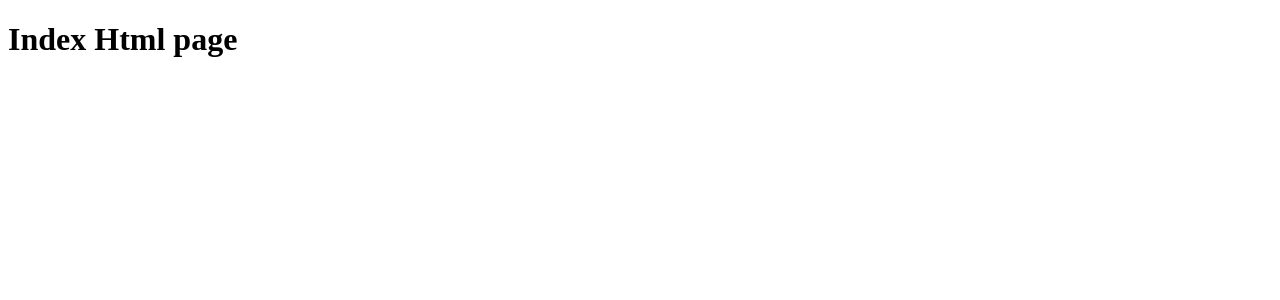
Repository: MouryaGottipati/GROVS
Page: GROV/GROVS/src/main/resources/static/index.html
An editor plug-in stored every save of this project. The page is shown before and after the next save, followed by the edit.
The browser window is 1280 px wide. The pictures show the whole page.

Above is the page before, as saved 2022-09-19 19:18:58.

### GROV/GROVS/src/main/resources/static/index.html
<!DOCTYPE html>
<html>
<head>
<meta charset="ISO-8859-1">
<title>Insert title here</title>
</head>
<body>
	<h1>Index Html page</h1>
</body>
</html>

After the next save:
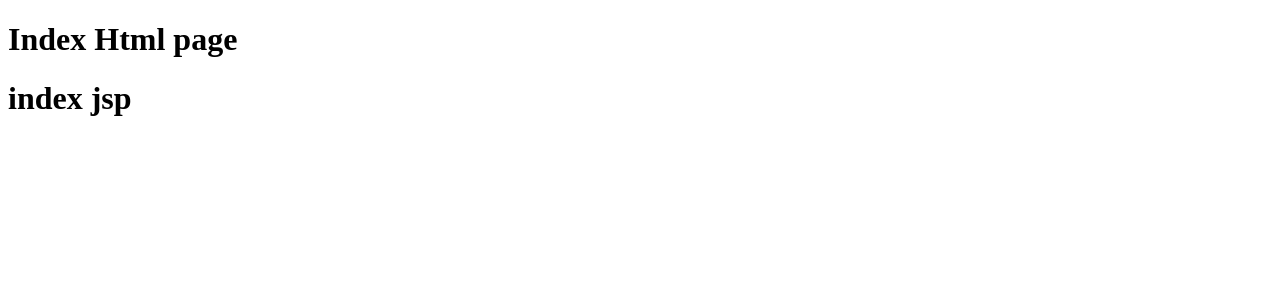
Saved 62 s later.
--- a/GROV/GROVS/src/main/resources/static/index.html
+++ b/GROV/GROVS/src/main/resources/static/index.html
@@ -6,5 +6,6 @@
 </head>
 <body>
 	<h1>Index Html page</h1>
+	<h1 href="index">index jsp</h1>
 </body>
 </html>
